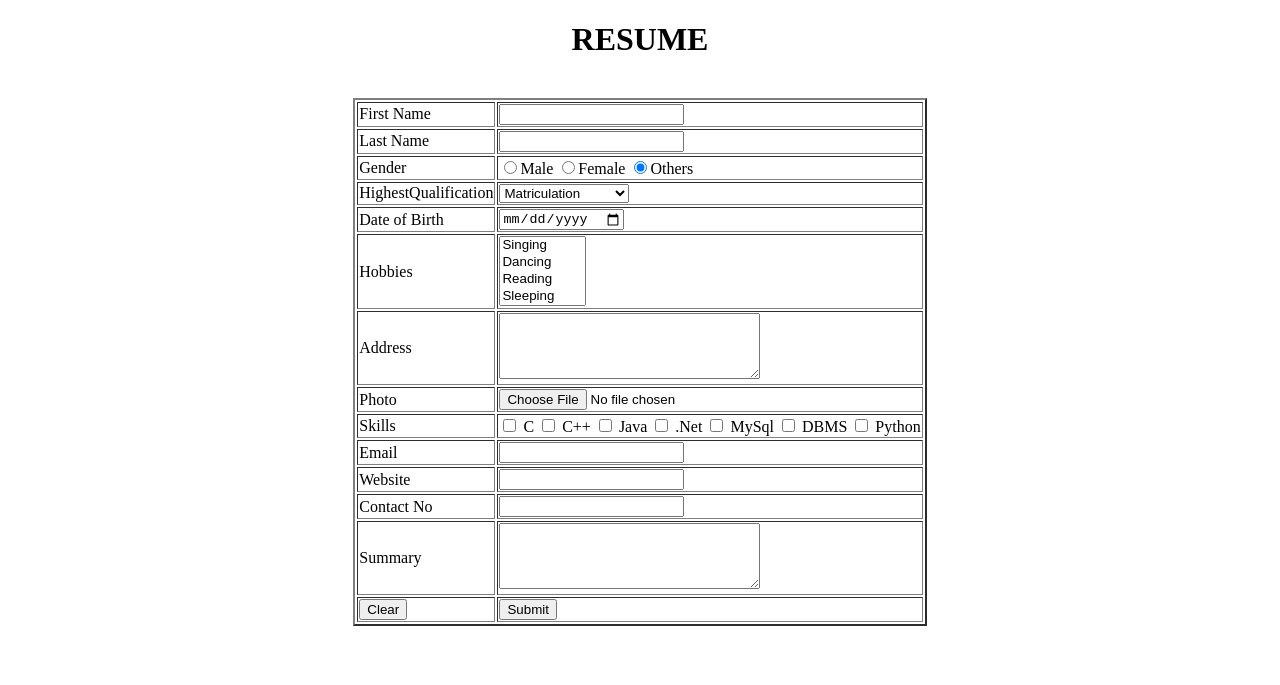
Repository: Rccalfa123/JEE
Page: MyFirstServlet/WebContent/Resume.html
The author's editor kept a copy of each file at every save. The page is drawn from the files as they stood at one save, then again after the next save.
The browser window is 1280 px wide. The pictures show the whole page.

Above is the page before, as saved 2018-08-07 13:43:30.

### MyFirstServlet/WebContent/Resume.html
<!DOCTYPE html>
<html>
<head>
<meta charset="ISO-8859-1">
<title>Resume</title>
</head>
<body>
   <form action="MyServlet" method="get">
   <h1 align="center"> RESUME </h1><br>
  <table border="2" align="center" >
   <tr><td>First Name </td><td><input type="text" name="fname"></td></tr>

   <tr><td>Last Name</td> <td> <input type="text" name="lname"></td></tr>

   <tr><td>Gender</td> <td><input type="radio" name = "gender" value="male" checked="checked">Male
   		  <input type="radio" name = "gender" value="female" checked="checked">Female
   		  <input type="radio" name = "gender" value="others" checked="checked">Others</td></tr>

   <tr><td>HighestQualification</td> <td><select name = "qualification">
            <option value="matriculation">Matriculation</option>
            <option value="intermediate">Intermediate</option>
            <option value="bachaolor_degree">Bachaelor Degree</option>
            <option value="masters">Masters</option>
   			</select></td></tr>

   <tr><td>Date of Birth</td><td> <input type="date" name="dob"></td></tr>

   <tr><td>Hobbies</td> <td><select multiple  name = "hobbies">
            <option value="singing">Singing</option>
            <option value="dancing">Dancing</option>
            <option value="reading">Reading</option>
            <option value="sleeping">Sleeping</option>
            <option value="eating">Eating</option>
            <option value="video_games">Video Games</option>
   			</select></td></tr>

   <tr><td>Address</td><td> <textarea name="address"   rows="4" cols="30"></textarea></td></tr>

   <tr><td>Photo</td><td><input type="file"  name="photo"></td></tr>


   <tr><td>Skills </td>   <td><input type="checkbox" name="skills" value="c"> C
   			 <input type="checkbox" name="skills" value="c++"> C++
   			 <input type="checkbox" name="skills" value="java"> Java
  			 <input type="checkbox" name="skills" value=".net"> .Net
  			 <input type="checkbox" name="skills" value="mysql"> MySql
   			 <input type="checkbox" name="skills" value="dbms"> DBMS
   			 <input type="checkbox" name="skills" value="python"> Python</td></tr>

  <tr><td>Email</td> <td>   <input type="email"  name="email"> </td></tr>

  <tr><td>Website</td> <td> <input type="url" name="website"></td></tr>

  <tr><td>Contact No</td> <td><input type="text" name="contact_no"> </td></tr>

  <tr><td>Summary </td><td> <textarea name="summary"   rows="4" cols="30"></textarea></td></tr>

  <tr> <td><input type="reset" value="Clear"></td><td> <input type="submit" value="Submit"> </td></tr>
  </table>
 </form>


</body>
</html>

After the next save:
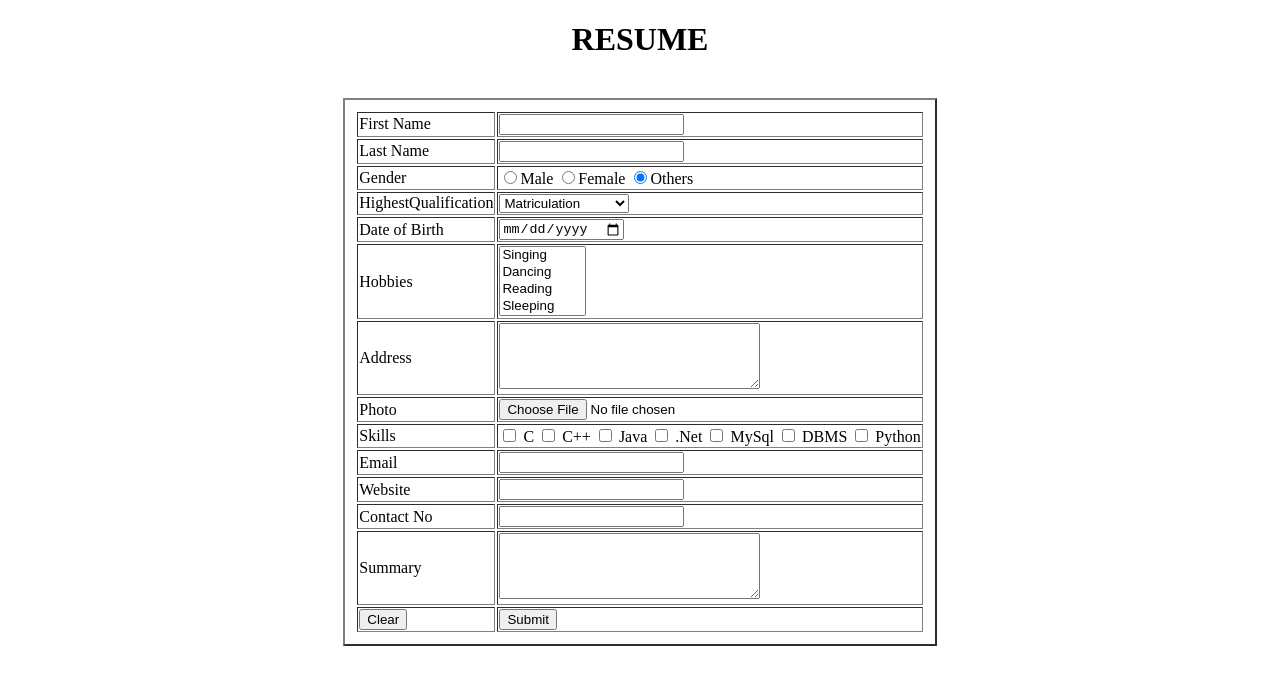
Saved 80 s later.
--- a/MyFirstServlet/WebContent/Resume.html
+++ b/MyFirstServlet/WebContent/Resume.html
@@ -1,6 +1,12 @@
 <!DOCTYPE html>
 <html>
 <head>
+<style type="text/css">
+table{
+        padding: 10px;
+}
+</style>
+
 <meta charset="ISO-8859-1">
 <title>Resume</title>
 </head>
